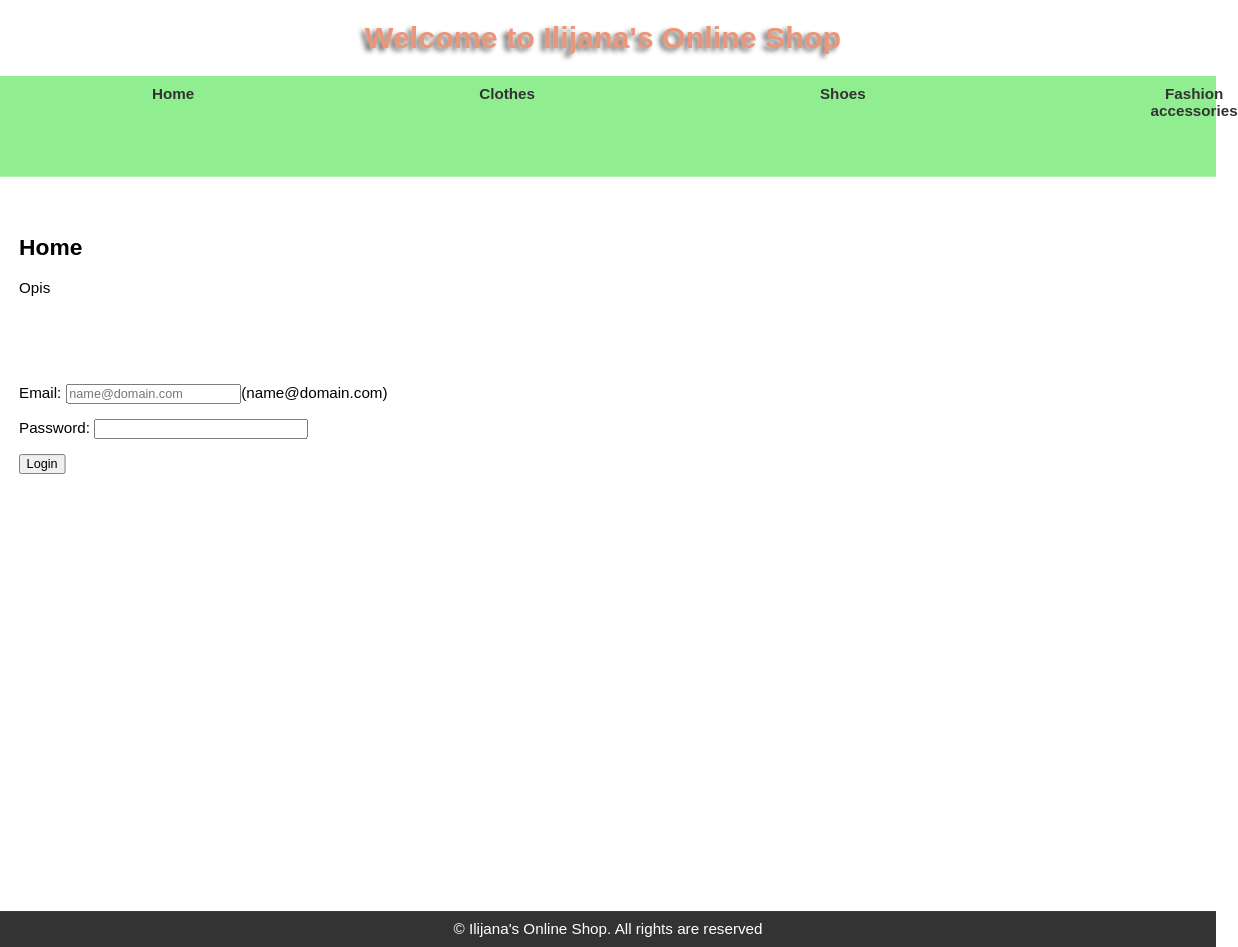
Repository: ilijana123/Proekt1
Page: html.html
An editor plug-in stored every save of this project. The page is shown before and after the next save, followed by the edit.
The browser window is 1280 px wide. The page is 1303 px wide, so the pictures cover 1303 px, including what lies to the right of the window. The pictures show the whole page, at 95% of full size.

Above is the page before, as saved 2023-11-12 23:30:38.

After the next save:
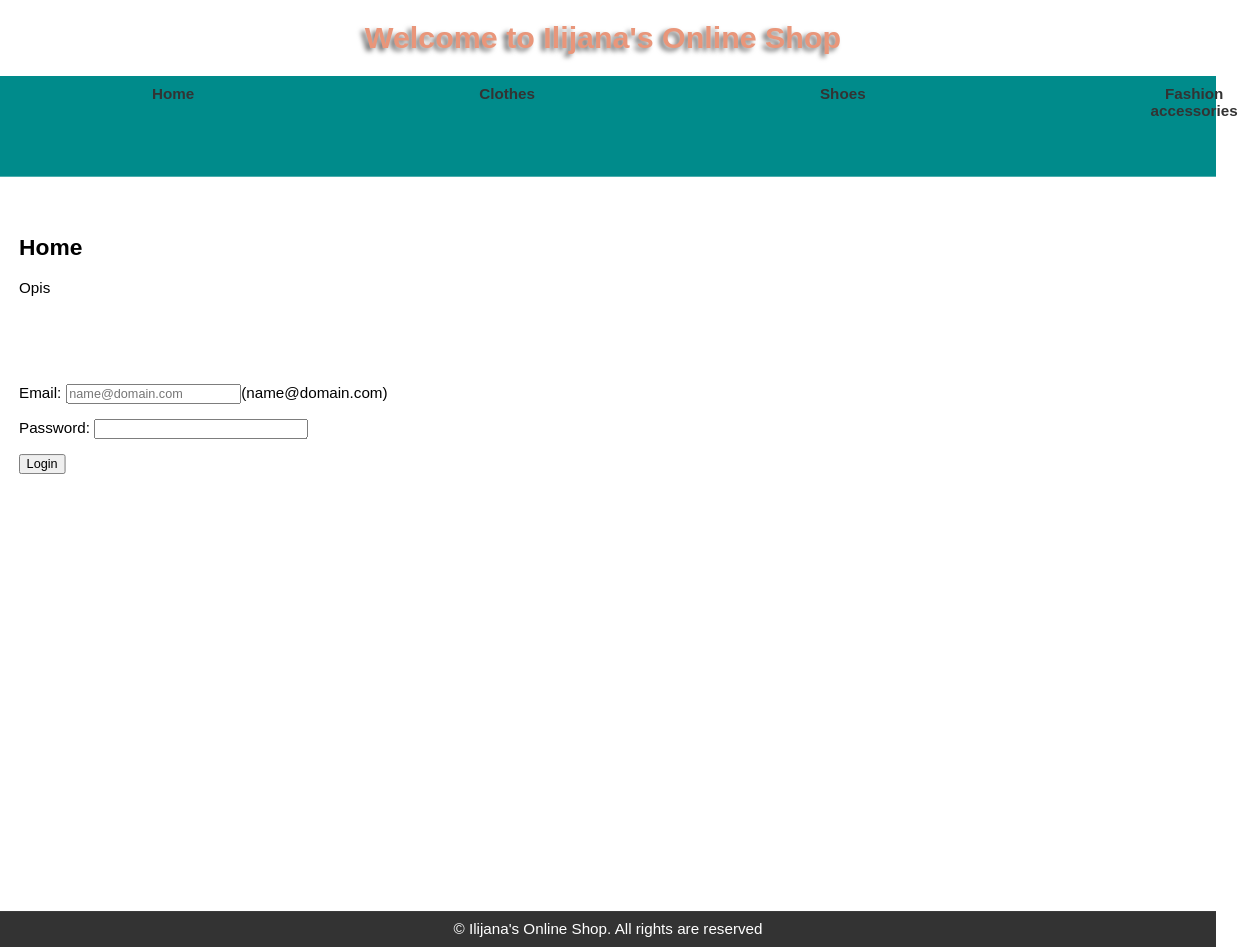
Saved 19 s later.
--- a/1.css
+++ b/1.css
@@ -13,7 +13,7 @@ h1  {
 
     nav
     {
-        background-color:lightgreen;
+        background-color:darkcyan;
         color: white;
         padding: 10px;
         text-align: center;
